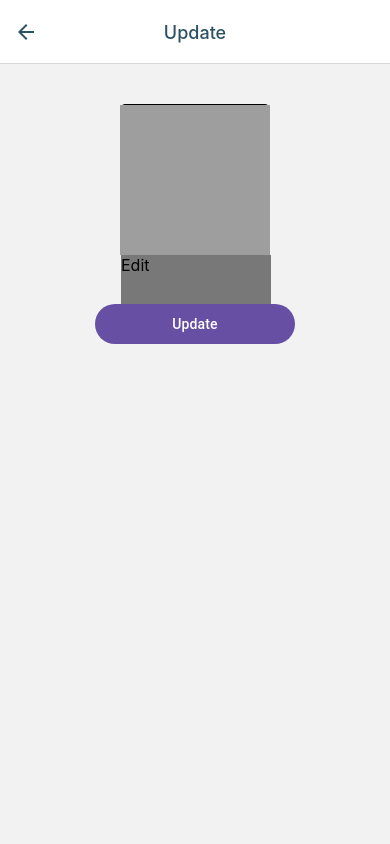
Repository: SaudCh/Expo-Pethub
Screen: /UpdateProfile
The author's editor kept a copy of each file at every save. The screen is drawn from the files as they stood at one save, then again after the next save.
Pictures or frames that could not be fetched are drawn as grey boxes. The app was drawn by React Native's web renderer in a window 390 px wide. The project was rebuilt for these pictures with package versions that can differ from the ones it lists, and the page was loaded fresh each time. Also part of the build but not shown: Screens/Signup.js, Screens/Home.js, Screens/Profile.js, Components/Avatar.js.

Above is the screen before, as saved 2022-11-15 00:33:05.

After the next save:
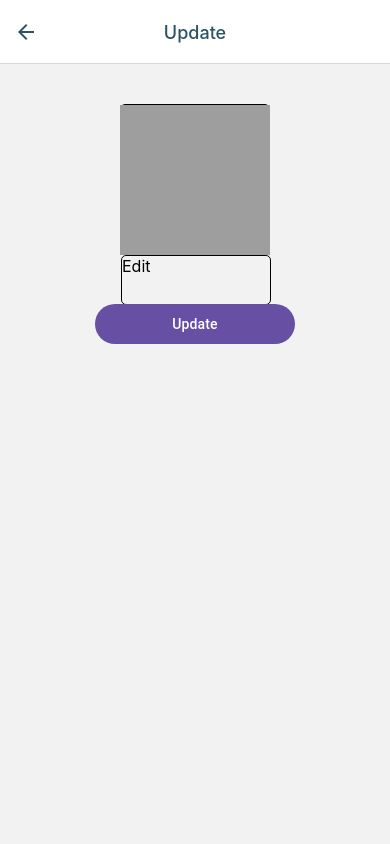
Saved 26 s later.
--- a/Screens/UpdateProfile.js
+++ b/Screens/UpdateProfile.js
@@ -37,7 +37,9 @@ const styles = StyleSheet.create({
     editIcon: {
         width: 150,
         height: 50,
-        backgroundColor: 'rgba(0,0,0,0.5)',
+        borderWidth: 1,
+        borderRadius: 5,
+
     }
 
 })
